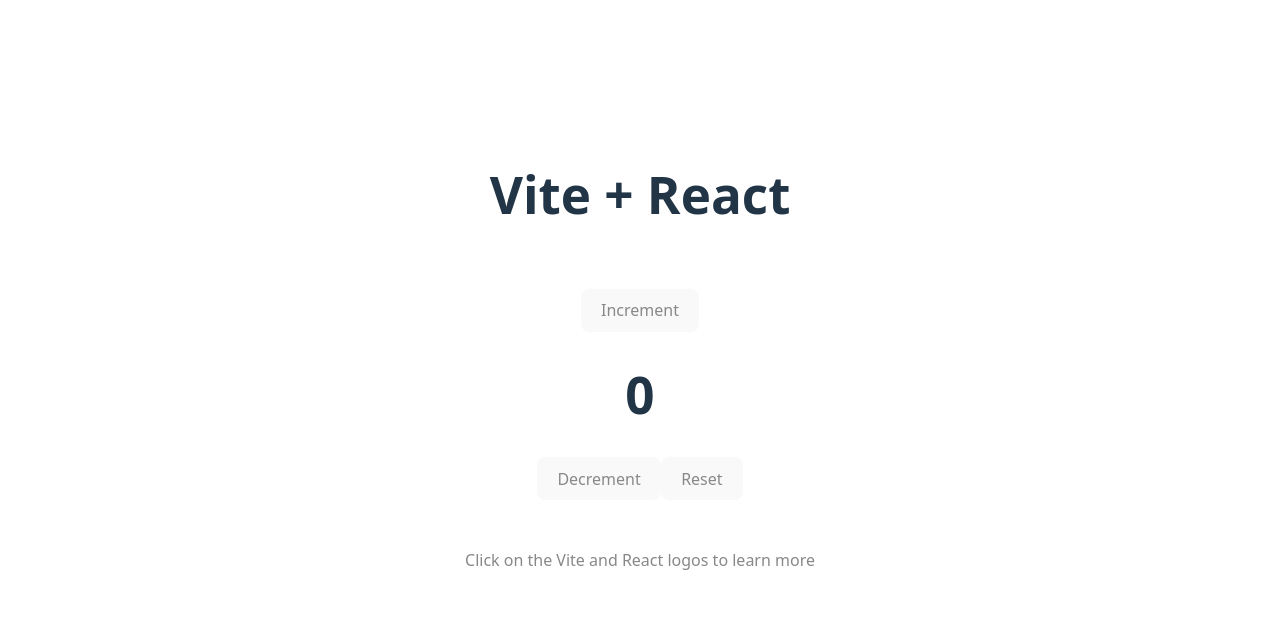
Repository: Mehebul02/coding-test
Page: /
The author's editor kept a copy of each file at every save. The page is drawn from the files as they stood at one save, then again after the next save.
The browser window is 1280 px wide. The pictures show the whole page.
The project was rebuilt for these pictures with package versions that can differ from the ones it lists, and the page was loaded fresh each time. Also part of the build but not shown: vite.config.ts.

Above is the page before, as saved 2026-02-05 21:55:21.

After the next save:
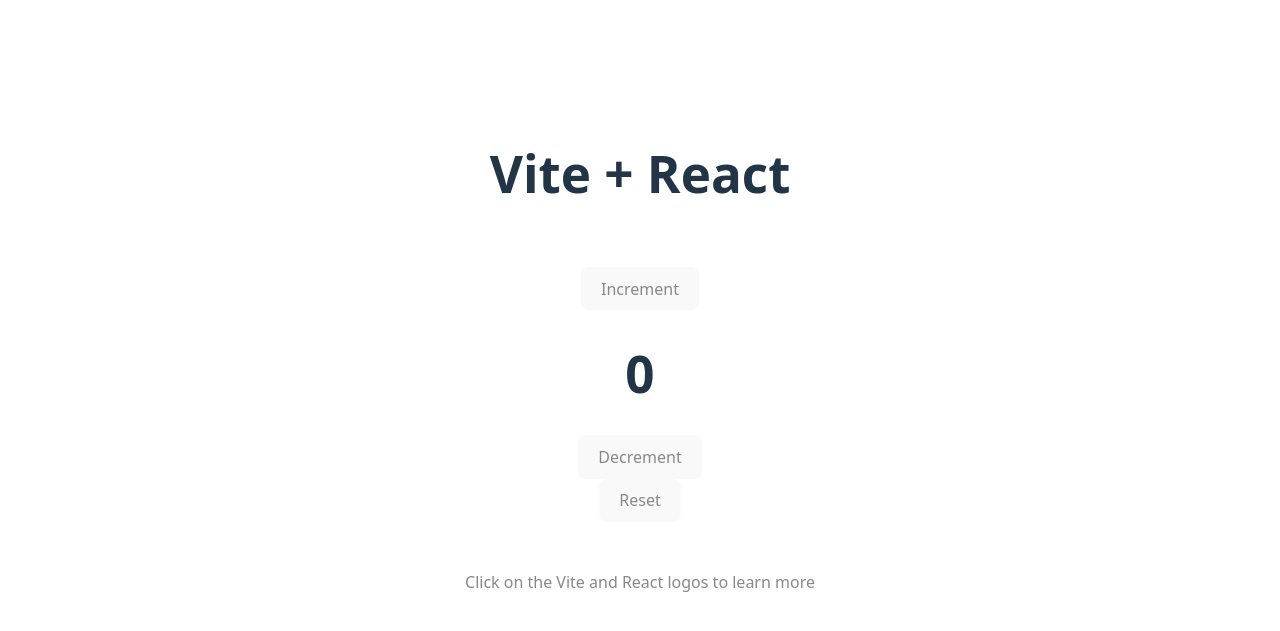
Saved 32 s later.
--- a/src/App.tsx
+++ b/src/App.tsx
@@ -17,11 +17,13 @@
           </span>
         </button>
         <h1> {count} </h1>
-         <button onClick={handleDecrement}>
+         <div>
+          <button onClick={handleDecrement}>
           <span className="read-the-docs">
            Decrement
           </span>
         </button>
+         </div>
 
         <button onClick={handleReset}>
           <span className="read-the-docs">
